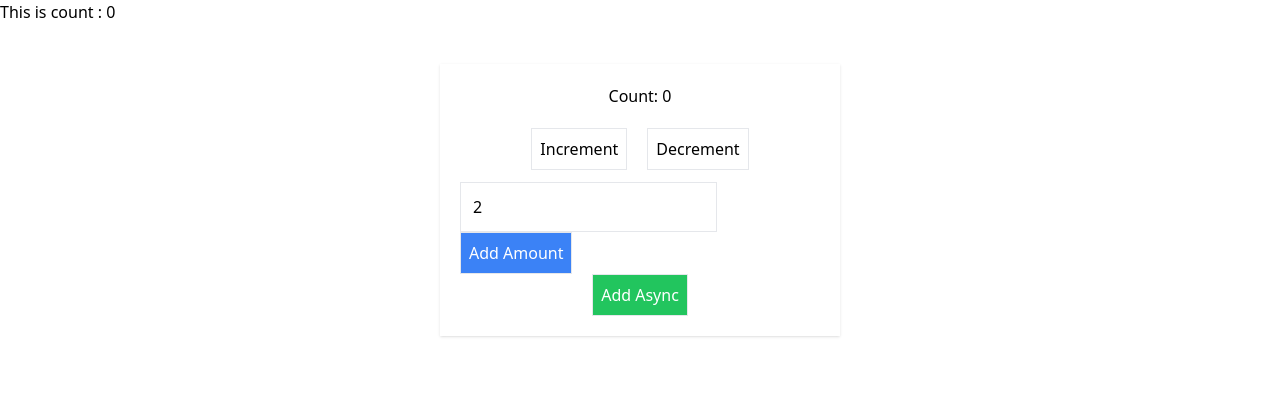
Repository: hoang0508/Learn-Redux-Evon
Page: /
The author's editor kept a copy of each file at every save. The page is drawn from the files as they stood at one save, then again after the next save.
The browser window is 1280 px wide. The pictures show the whole page.
The project was rebuilt for these pictures with package versions that can differ from the ones it lists, and the page was loaded fresh each time. Also part of the build but not shown: src/App.css.

Above is the page before, as saved 2022-06-16 11:57:48.

After the next save:
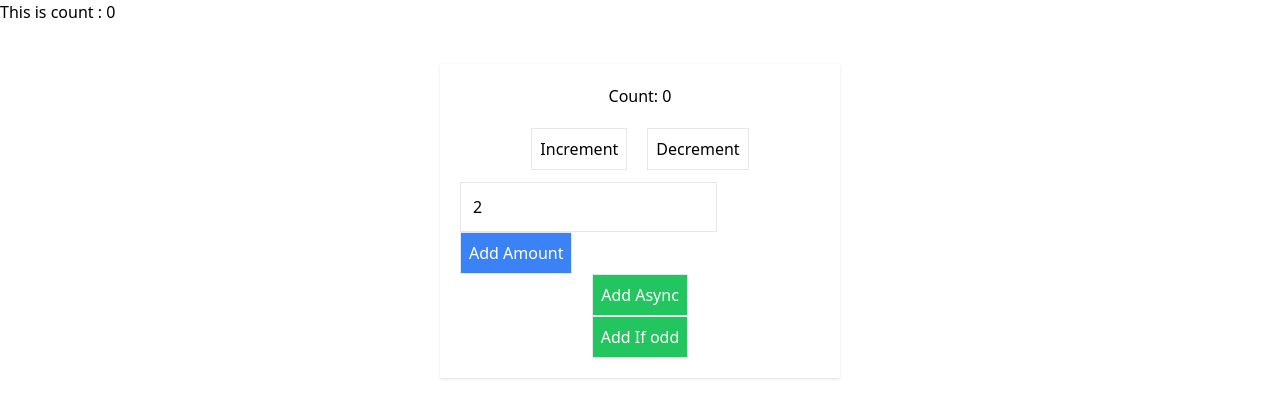
Saved 20 s later.
--- a/src/components/Counter.js
+++ b/src/components/Counter.js
@@ -68,6 +68,14 @@ const Counter = (props) => {
           Add Async
         </button>
       </div>
+      <div>
+        <button
+          onClick={handleIncrementAsync}
+          className="inline-block border-gray-200 p-2 border bg-green-500 text-white"
+        >
+          Add If odd
+        </button>
+      </div>
     </div>
   );
 };
